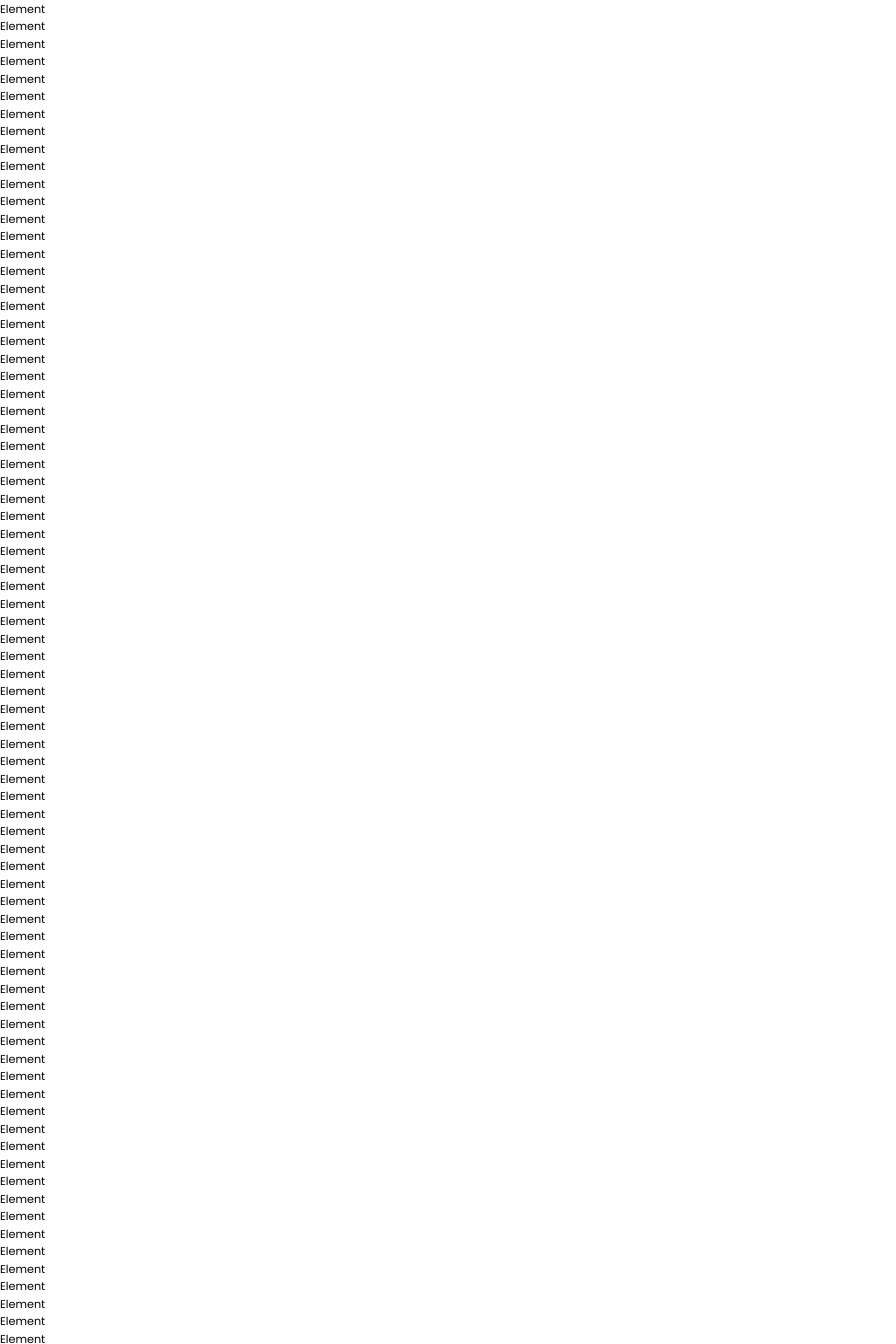
Repository: rehans-Life/sorting-visualizer
Page: /
These files come from the project's save history. The page is drawn as it stood at one moment and after the next save; the edit follows.
The browser window is 1280 px wide. The pictures show the part of the page from y = 0 to 1920 px (the page is 8875 px tall), at 70% of full size.
The project was rebuilt for these pictures with package versions that can differ from the ones it lists, and the page was loaded fresh each time. The framework's server and built-in components were replaced by stand-ins that run in the browser. Also part of the build but not shown: next.config.js, styles/Home.module.css.

Above is the page before, as saved 2023-03-17 17:13:14.

After the next save:
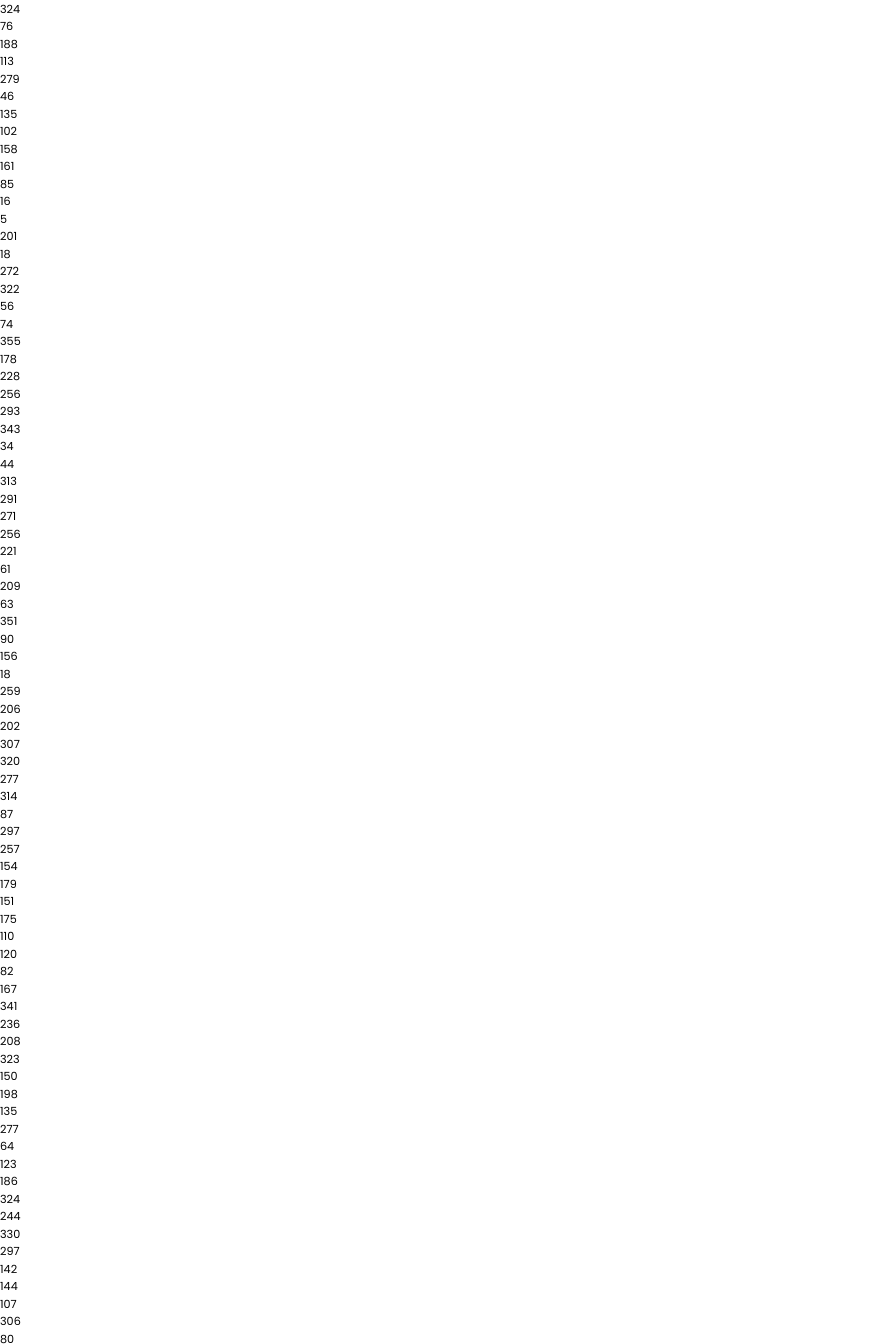
Saved 8 s later.
--- a/components/Element.jsx
+++ b/components/Element.jsx
@@ -1,5 +1,5 @@
 import React from "react";
 
 export default function Element({ number }) {
-  return <div>Element</div>;
+  return <div>{number}</div>;
 }
